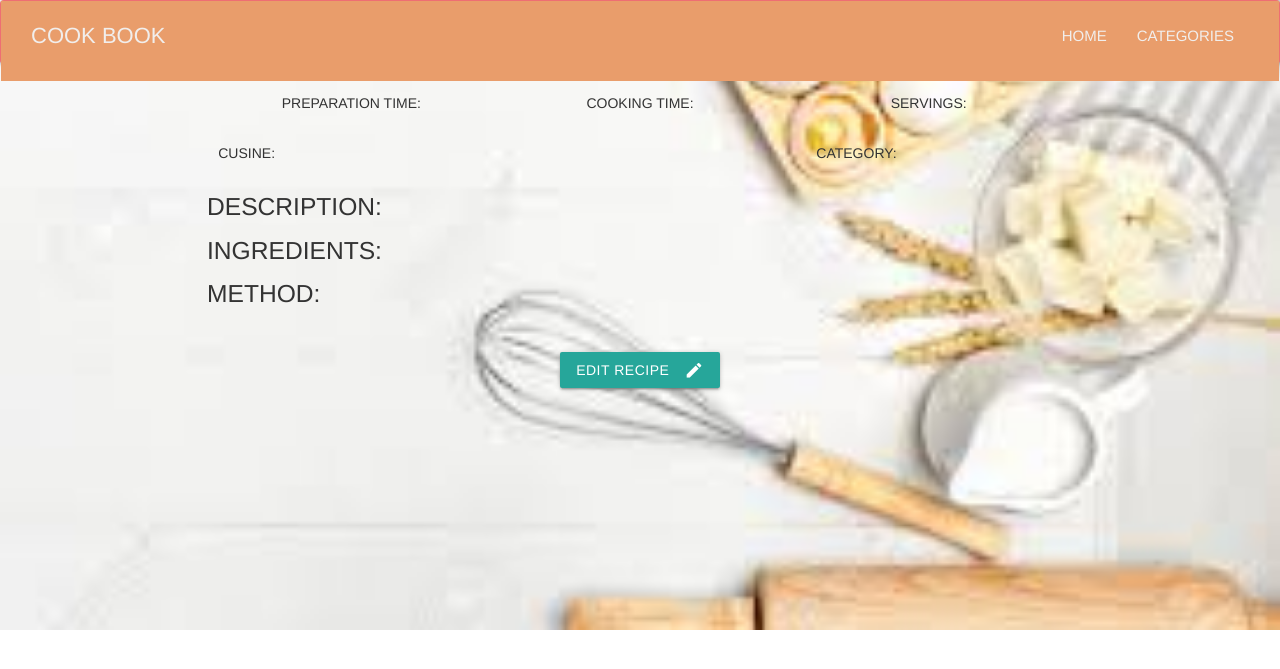
Repository: atena123/COOK-BOOK
Page: templates/viewrecipe.html
The author's editor kept a record of every edit. The page is drawn from the files as they stood at one moment, then again after the next edit.
The browser window is 1280 px wide. The pictures show the whole page.
Some web libraries are served in a nearby version. The page is served by the project's application, run on Flask 3 (app.py). The template is opened directly, without the code that normally fills it, so the values that code supplies are empty.

Above is the page before.

### templates/viewrecipe.html
{% extends 'base.html' %}

    {% block content %}


    <h3>{{recipe.recipe_name}}</h3>

    <div class="row">
        <div class="col s4 heading">
        <p>PREPARATION TIME: {{recipe.preparation_time}}</p>
        </div>
        <div class="col s4 heading">
        <p>COOKING TIME: {{recipe.cooking_time}}</p>
        </div>
        <div class="col s4 heading">
        <p>SERVINGS: {{recipe.recipe_servings}}</p>
        </div>
    </div>


    <div class="row">
        <div class="col s6">
        <p>CUSINE: {{recipe.cusine_name}}</p>
        </div>
        <div>
        <p class="heading">CATEGORY: {{recipe.category_name}}</p>
        </div>
    </div>

        <h5>DESCRIPTION:</h5>
        {{recipe.recipe_description}}


        <h5>INGREDIENTS:</h5>
        {{recipe.recipe_ingredients}}


        <h5>METHOD:</h5>
        {{recipe.recipe_method}}



    <div class="row edit_recipe_button">
    <a href="{{url_for('edit_recipe', recipe_id=recipe._id)}}" class="waves-effect waves-light btn"><i class="material-icons right">edit</i>EDIT RECIPE</a>
    </div>

    {% endblock %}

### templates/base.html
<!DOCTYPE html>
<html>
    <head>
        <meta charset="utf-8">
        <meta http-equiv="X-UA-Compatible" content="IE=edge">
        <meta name="viewport" content="width=device-width, initial-scale=1">
        <link rel="stylesheet" href="https://maxcdn.bootstrapcdn.com/bootstrap/3.3.7/css/bootstrap.min.css" type="text/css" />
        <link href="https://fonts.googleapis.com/icon?family=Material+Icons" rel="stylesheet">
        <link rel="stylesheet" href="https://cdnjs.cloudflare.com/ajax/libs/materialize/1.0.0/css/materialize.min.css">
        <link rel="stylesheet" href="{{url_for('static', filename='css/style.css')}}" type="text/css" />
        <link rel="stylesheet" href="{{url_for('static', filename='images/cooking-tools.jpg')}}" type="text/css" />
        <title>COOK BOOK</title>
    </head>
    <body>
        <nav class="navbar">
            <div class="container-fluid navbar-container navbar-default bg-color-navbar">
                <div class="row">
                    <div class="col-xs-12">
                        <div class="navbar-header">
                            <button type="button" class="navbar-toggle collapsed" data-toggle="collapse" data-target="#bs-example-navbar-collapse-1" aria-expanded="false">
                                <span class="sr-only">Toggle navigation</span>
                                <span class="icon-bar"></span>
                                <span class="icon-bar"></span>
                                <span class="icon-bar"></span>
                            </button>
                            <a class="navbar-brand" href="{{url_for('find_recipes')}}">COOK BOOK</a>
                        </div>
                        <div class="collapse navbar-collapse" id="bs-example-navbar-collapse-1">
                            <ul class="nav navbar-nav navbar-right">
                                <li><a href="{{url_for('find_recipes')}}">HOME</a></li>
                                <li><a href="{{url_for('find_categories')}}">CATEGORIES</a></li>
                            </ul>
                    </div>
                 </div>
            </div>
        </nav>

        <div class="container">
        {% block content %}

        {% endblock %}
        </div>
        <script src="https://code.jquery.com/jquery-3.3.1.min.js" integrity="sha256-FgpCb/KJQlLNfOu91ta32o/NMZxltwRo8QtmkMRdAu8=" crossorigin="anonymous"></script>
        <script src="https://maxcdn.bootstrapcdn.com/bootstrap/3.3.7/js/bootstrap.min.js" integrity="sha384-Tc5IQib027qvyjSMfHjOMaLkfuWVxZxUPnCJA7l2mCWNIpG9mGCD8wGNIcPD7Txa" crossorigin="anonymous"></script>
        <script src="https://cdnjs.cloudflare.com/ajax/libs/jquery/3.2.1/jquery.min.js"></script>
        <script src="https://cdnjs.cloudflare.com/ajax/libs/materialize/1.0.0/js/materialize.min.js"></script>
        <script type="text/javascript">
        $(document).ready(function(){
        $('.collapsible').collapsible();
        $('select').formSelect();
        });
        </script>

    </body>
</html>

### app.py
import os
from flask import Flask, render_template, redirect, request, url_for, session
from flask_pymongo import PyMongo
from bson.objectid import ObjectId

app = Flask(__name__)

app.config["MONGO_DBNAME"] ='cook_book'
app.config["MONGO_URI"] = 'mongodb+srv://AnetA:AnetA2@myfirstcluster-sfmlq.mongodb.net/cook_book?retryWrites=true&w=majority'

mongo = PyMongo(app)



@app.route('/', methods=['GET', 'POST'])
def login_page():

  if request.method == 'POST':
    session['username'] == request.form['username']

  if 'username' in session:
    return redirect (session['username'])

    return render_template('recipes.html')






#--------------------------Find Recipes Page------------------


@app.route('/find_recipes')
def find_recipes():
  return render_template("recipes.html", recipes=mongo.db.recipes.find())


#--------------------------Add Recipes Page-------------------


@app.route('/add_recipe')
def add_recipe():
  return render_template('addrecipe.html', categories=mongo.db.categories.find())


#-------Enable To Add Recipe and Redirect To Recipe Page------


@app.route('/insert_recipe', methods=['POST'])
def insert_recipe():
  recipes=mongo.db.recipes
  recipes.insert_one(request.form.to_dict())
  return redirect(url_for('find_recipes'))


#----------------Enable To View Particular Recipe--------------


@app.route('/view_recipe/<recipe_id>')
def view_recipe(recipe_id):
  my_recipe =  mongo.db.recipes.find_one({"_id": ObjectId(recipe_id)})
  my_categories = mongo.db.categories.find()
  return render_template('viewrecipe.html', recipe=my_recipe,
                           categories=my_categories)


#--------------Enable To Edit Particular Recipe----------------


@app.route('/edit_recipe/<recipe_id>')
def edit_recipe(recipe_id):
  this_recipe = mongo.db.recipes.find_one({"_id": ObjectId(recipe_id)})
  all_categories = mongo.db.categories.find()
  return render_template('editrecipe.html', recipe=this_recipe,
                            categories=all_categories)


#-----Enable To Update Recipe And Redirect To Recipe Page-------


@app.route('/update_recipe/<recipe_id>', methods= ['POST'])
def update_recipe(recipe_id):
  recipes=mongo.db.recipes
  recipes.update({"_id": ObjectId(recipe_id)},

  {
    'category_name': request.form.get('category_name'),
    'recipe_name': request.form.get('recipe_name'),
    'recipe_ingredients': request.form.get('recipe_ingredients'),
    'recipe_method': request.form.get('recipe_method'),
    'recipe_description': request.form.get('recipe_description'),
    'preparation_time': request.form.get('preparation_time'),
    'recipe_servings': request.form.get('recipe_servings'),
    'cusine_name': request.form.get('cusine_name'),
    'cooking_time': request.form.get('cooking_time')
  })

  return redirect(url_for('find_recipes'))


#----------------Enable To Delete Particular Recipe--------------


@app.route('/delete_recipe/<recipe_id>')
def delete_recipe(recipe_id):
  mongo.db.recipes.remove({'_id': ObjectId(recipe_id)})
  return redirect(url_for('find_recipes'))







#-------------------Find Categories Page------------------------


@app.route('/find_categories')
def find_categories():
  return render_template('categories.html', categories=mongo.db.categories.find())


#------------------------Add Category Page------------------------


@app.route('/new_category')
def new_category():
  return render_template('addcategory.html')


#-------Enable To Add Category And Redirect To Categories Page-----


@app.route('/add_category', methods=['POST'])
def add_category():
  my_category = {'category_name': request.form.get('category_name')}
  mongo.db.categories.insert_one(my_category)
  return redirect(url_for('find_categories'))


#-------------------Edit Category Page---------------------------


@app.route('/edit_category/<category_id>')
def edit_category(category_id):
  return render_template('editcategory.html', category=mongo.db.categories.find_one({'_id': ObjectId(category_id)}))


#----Enable To Update Category And Redirect To Categories Page----


@app.route('/update_category/<category_id>', methods=['POST'])
def update_category(category_id):
  mongo.db.categories.update({'_id': ObjectId(category_id)}, {'category_name': request.form.get('category_name')})
  return redirect(url_for('find_categories'))


#--------------------Enable To Delete Category----------------------


@app.route('/delete_category/<category_id>')
def delete_category(category_id):
  mongo.db.categories.remove({'_id': ObjectId(category_id)})
  return redirect(url_for('find_categories'))



if __name__ == '__main__':
  app.run(host=os.environ.get('IP'),
  port=int(os.environ.get('PORT')),
  debug=True)

### static/css/style.css
body {
    background: url("../images/cooking-tools.jpg");
    background-position: center;
    background-repeat: no-repeat;
    background-size: cover;
    position: relative;
}


h3, h6 {
    text-align: center;
}

.login-form {
    text-align: center;
}

/*------------------------View Page-----------------------*/

.heading {
    text-align: center;
}

.large-heading {
    font-size: 20px;
    padding-top: 20px;
}

.small-headings {
    padding-top: 20px;
}

/*-------------------------Small Buttons--------------------*/

.button {
    height: 24px;
    width: 80px;
    line-height: 24px;
    margin: 6px 6px;
    padding: 0 0.5em;

}

.small-buttons {
    text-align: right;
}

.view-button, .edit-button {
    background-color: #5DADE2;
}

.view-button:hover, .edit-button:hover {
    background-color: #2E86C1;
    color: white;
}

.remove-button {
    background-color: #EC7063;
}

.remove-button:hover {
    background-color: #CB4335;
    color: white;
}




/*-------------------------Big Buttons---------------*/



.add_recipe_button,
.update_recipe_button {
    text-align: center;
}

.edit_recipe_button {
    text-align: center;
    padding-top: 35px;
}



/*-------------------------Navbar-------------------------*/
.navbar {
    margin: 0;
    padding: 0;
}

.bg-color-navbar {
    background-color: #E99D6B;
}

.navbar-default .navbar-brand {
    color: #F1EEEC;
    padding-top: 25px;
    font-size: 22px;
    transition: color 0.7s ease-in-out;
    -o-transition: color 0.7s ease-in-out;
    -moz-transition: color 0.7s ease-in-out;
    -webkit-transition: color 0.7s ease-in-out;
}


.navbar-default .navbar-brand:hover {
    color: #3B3B3A;
}


.navbar-default .navbar-nav>li>a {
    color: #F1EEEC;
    padding-top: 25px;
    transition: color 0.7s ease-in-out;
    -o-transition: color 0.7s ease-in-out;
    -moz-transition: color 0.7s ease-in-out;
    -webkit-transition: color 0.7s ease-in-out;
 }


.navbar-default .navbar-nav>li>a:hover {
    color: #3B3B3A;
}

After the next edit:
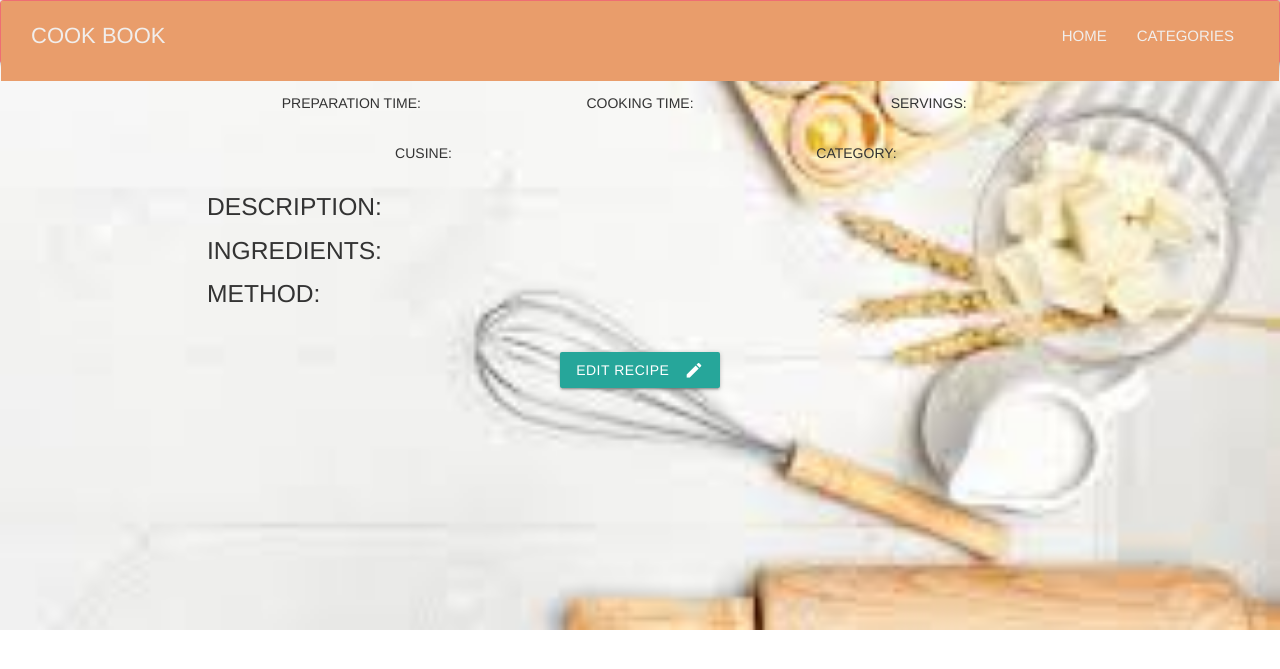
The edit:
--- a/templates/viewrecipe.html
+++ b/templates/viewrecipe.html
@@ -19,7 +19,7 @@
 
 
     <div class="row">
-        <div class="col s6">
+        <div class="col s6 heading">
         <p>CUSINE: {{recipe.cusine_name}}</p>
         </div>
         <div>
